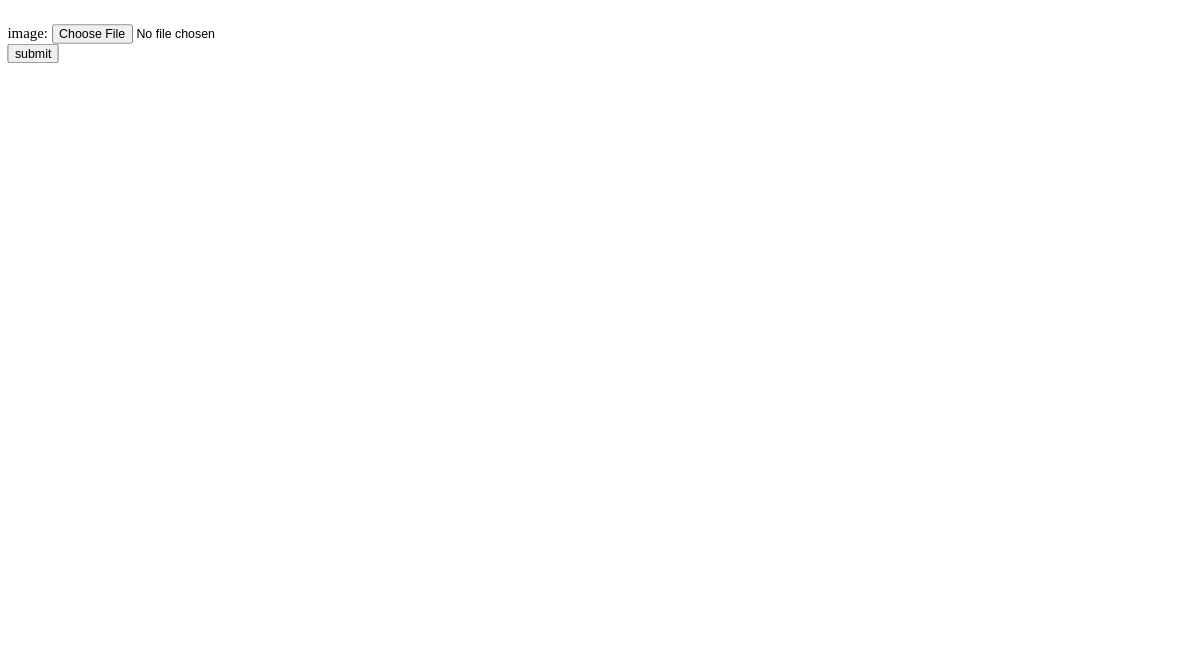
Repository: juneyj114/jspblog
Page: http://localhost/blog/user/userProfileForm.jsp
An editor plug-in stored every save of this project. The page is shown before and after the next save, followed by the edit.
The browser window is 1280 px wide. The pictures show the whole page, at 93% of full size.
Some web fonts or font styles are not loaded; a fallback is used. The page is served by Tomcat 9.

Above is the page before, as saved 2019-11-13 03:34:04.

After the next save:
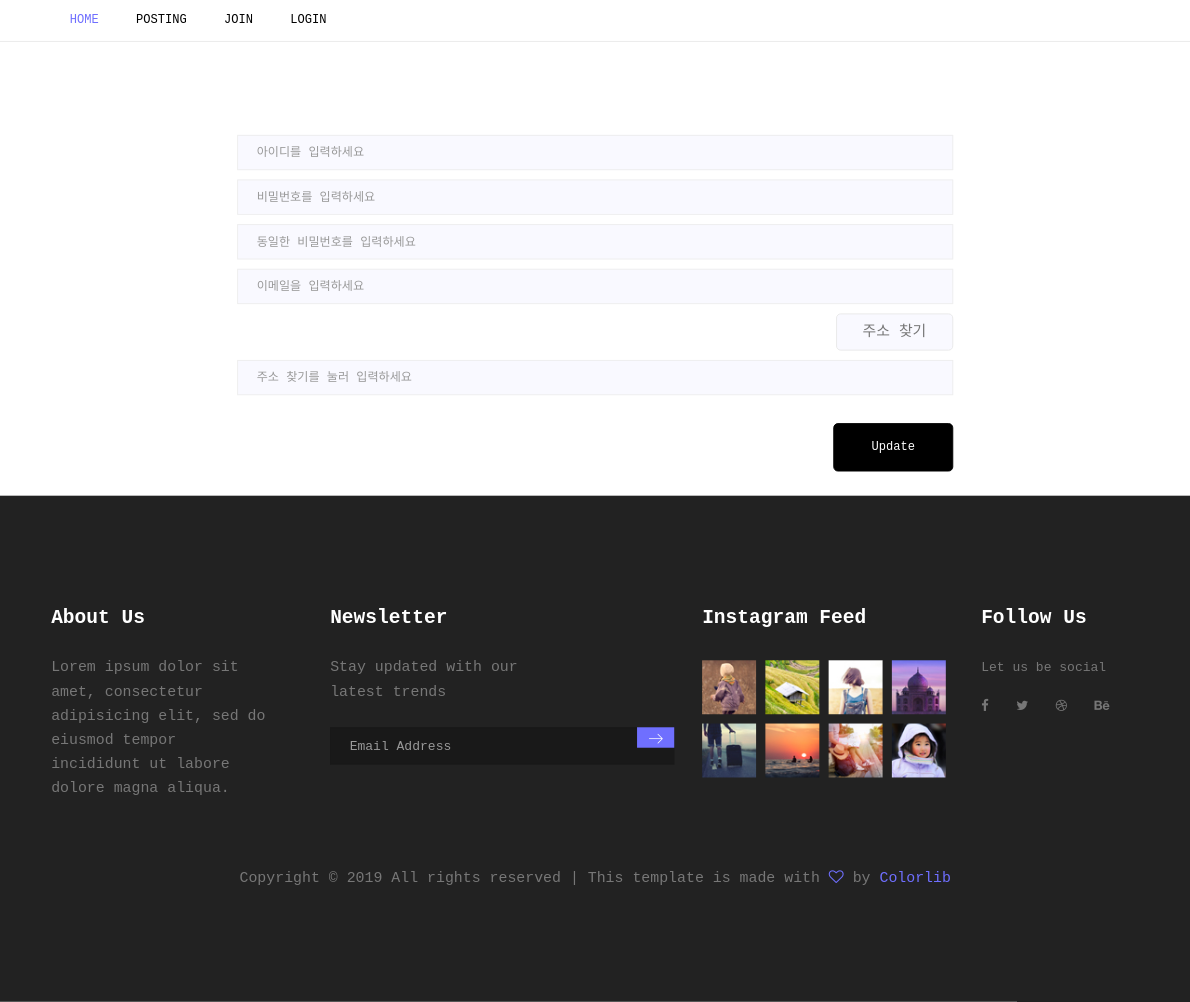
Saved 114 min 22 s later.
--- a/blog/WebContent/user/userProfileForm.jsp
+++ b/blog/WebContent/user/userProfileForm.jsp
@@ -1,46 +1,75 @@
-<%@ page language="java" contentType="text/html; charset=UTF-8"
-    pageEncoding="UTF-8"%>
-<!DOCTYPE html>
+<%@ page language="java" contentType="text/html; charset=UTF-8" pageEncoding="UTF-8"%>
 <html>
-<head>
-<meta charset="UTF-8">
-<title>Insert title here</title>
-</head>
-<body>
-	<div id="ImageContainer">
-      <form
-        action="/blog/user?cmd=profile"
-        method="POST"
-        enctype="multipart/form-data"
-      >
-        <input type="text" name="username" value="${sessionScope.user.username }" hidden="true"/><br />
-        image:
-        <input
-          type="file"
-          name="userProfile"
-          id="img__input"
-        /><br />
-        <input type="submit" value="submit" />
-      </form>
-    </div>
-    <script>
-    const imagePath = document.querySelector("#img__input");
-    imagePath.addEventListener("change", event => {
-      const f = event.target.files[0];
-      const reader = new FileReader();
-      reader.onload = e => {
-        const {
-          target: { result }
-        } = e;
-        console.log(result.length);
-        const imageContainer = document.querySelector("#ImageContainer");
-        const image = document.createElement("IMG");
-        image.setAttribute("src", result);
-        imageContainer.append(image);
-      };
-      reader.readAsDataURL(f);
-    });
-    </script>
+<%@ include file="/include/nav.jsp"%>
 
-</body>
+<!--================Contact Area =================-->
+<section class="contact_area">
+	<div class="container">
+		<div class="row">
+			<div class="col-lg-2"></div>
+			<div class="col-lg-8">
+				<form class="row contact_form" action="/blog/user?&cmd=update" method="post" onsubmit="return validateCheck()">
+				<input type="hidden" name="id" value="${sessionScope.user.id }"/>
+					<div class="col-md-12">
+						<div class="form-group">
+							<input type="text" class="form-control" value="${sessionScope.user.username}" name="username" placeholder="아이디를 입력하세요" maxlength="20" readonly>
+						</div>
+					</div>
+					<div class="col-md-12">
+						<div class="form-group">
+							<input type="password" class="form-control" id="password" name="password" placeholder="비밀번호를 입력하세요" required="required" maxlength="20">
+						</div>
+					</div>
+					<div class="col-md-12">
+						<div class="form-group">
+							<input type="password" class="form-control" id="passwordCheck" name="passwordCheck" placeholder="동일한 비밀번호를 입력하세요" required="required" maxlength="20">
+						</div>
+					</div>
+					<div class="col-md-12">
+						<div class="form-group">
+							<input type="email" class="form-control" value="${sessionScope.user.email}" name="email" placeholder="이메일을 입력하세요" maxlength="40" readonly>
+						</div>
+					</div>
+					<!-- 도로명주소 -->
+					<div class="col-md-12">
+						<div class="form-group float-right">
+							<a class="blog_btn" onclick={goPopup()}>주소 찾기</a>
+						</div>
+					</div>
+					<div class="col-md-12">
+						<div class="form-group">
+							<input type="text" class="form-control" value="${sessionScope.user.addr}" placeholder="주소 찾기를 눌러 입력하세요" name="addr" id = "roadFullAddr" required="required" readonly>
+						</div>
+					</div>
+					<div class="col-md-12 text-right">
+						<button type="submit" value="submit" class="btn submit_btn">Update</button>
+					</div>
+				</form>
+			</div>
+			<div class="col-lg-2"></div>
+		</div>
+	</div>
+</section>
+<!--================Contact Area =================-->
+<script src="/blog/js/pw.js"></script>
+<script language="javascript">
+// opener관련 오류가 발생하는 경우 아래 주석을 해지하고, 사용자의 도메인정보를 입력합니다. ("팝업API 호출 소스"도 동일하게 적용시켜야 합니다.)
+//document.domain = "abc.go.kr";
+
+function goPopup(){
+	// 주소검색을 수행할 팝업 페이지를 호출합니다.
+	// 호출된 페이지(jusopopup.jsp)에서 실제 주소검색URL(http://www.juso.go.kr/addrlink/addrLinkUrl.do)를 호출하게 됩니다.
+	var pop = window.open("/blog/juso/jusoPopup.jsp","pop","width=570,height=420, scrollbars=yes, resizable=yes");
+
+}
+
+
+function jusoCallBack(roadFullAddr){
+		// 팝업페이지에서 주소입력한 정보를 받아서, 현 페이지에 정보를 등록합니다.
+		const addr = document.querySelector('#roadFullAddr');
+		addr.value = roadFullAddr;
+}
+
+</script>
+<%@ include file="/include/footer.jsp"%>
 </html>
